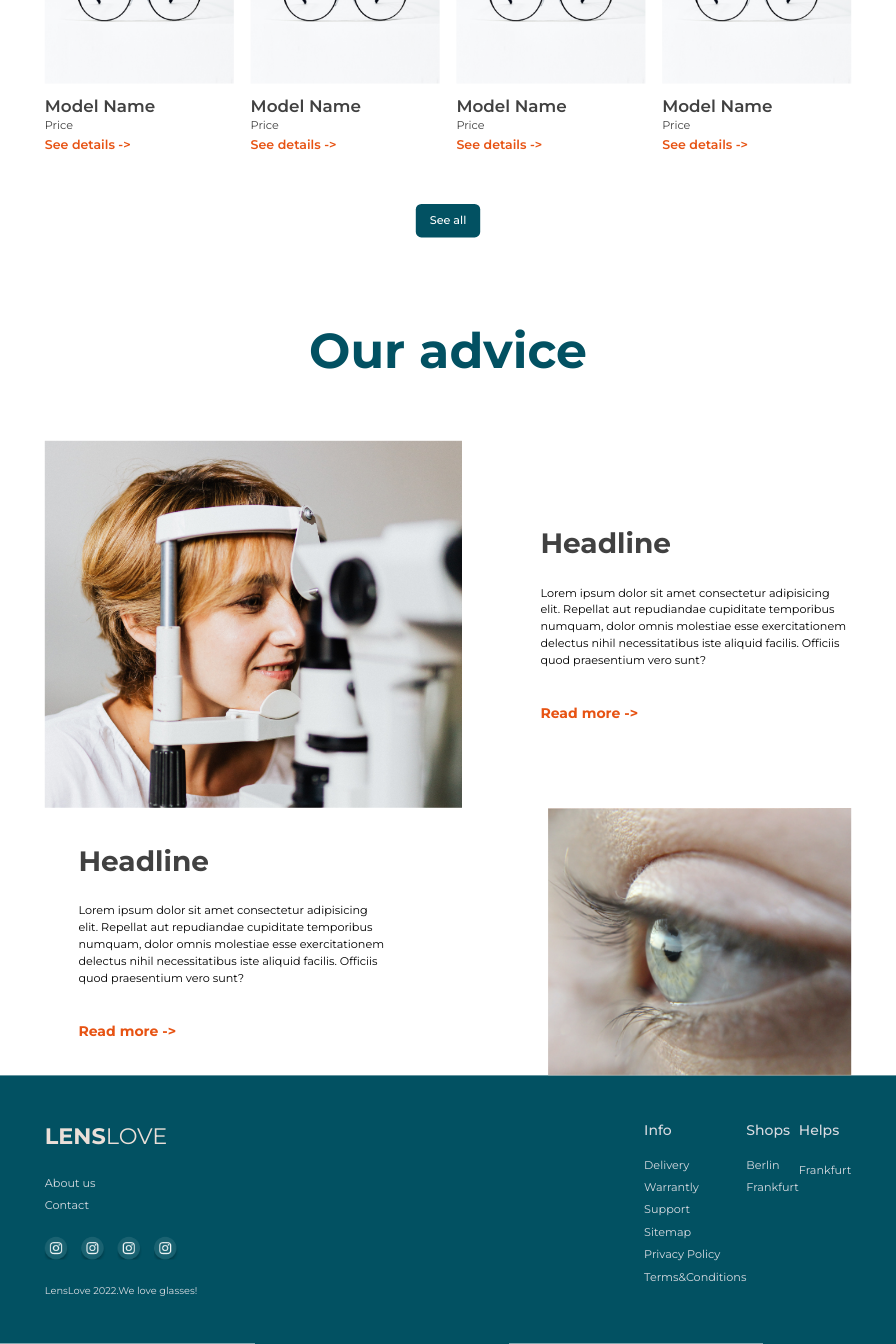
Repository: thienthanhvinh/glasses-react
Page: /
An editor plug-in stored every save of this project. The page is shown before and after a run of saves, followed by the edit.
The browser window is 1280 px wide. The pictures show the part of the page from y = 3725 to 5645 px (the page is 5645 px tall), at 70% of full size.
The project was rebuilt for these pictures with package versions that can differ from the ones it lists, and the page was loaded fresh each time. Also part of the build but not shown: src/App.css, src/components/common/FormGroup.js, src/components/input/Input.js, src/components/label/Label.js, src/hooks/useDarkMode.js, src/layout/LayoutAuthentication.js, src/components/icons/IconEyeToggle.js, src/pages/SignInPage.js and 1 more.

Above is the page before, as saved 2023-02-13 10:30:36.

### public/index.html
<!DOCTYPE html>
<html lang="en">
  <head>
    <meta charset="utf-8" />
    <link rel="icon" href="%PUBLIC_URL%/favicon.ico" />
    <meta name="viewport" content="width=device-width, initial-scale=1" />
    <meta name="theme-color" content="#000000" />
    <meta
      name="description"
      content="Web site created using create-react-app"
    />
    <link rel="apple-touch-icon" href="%PUBLIC_URL%/logo192.png" />
    <!--
      manifest.json provides metadata used when your web app is installed on a
      user's mobile device or desktop. See https://developers.google.com/web/fundamentals/web-app-manifest/
    -->
    <link rel="manifest" href="%PUBLIC_URL%/manifest.json" />
    <!--
      Notice the use of %PUBLIC_URL% in the tags above.
      It will be replaced with the URL of the `public` folder during the build.
      Only files inside the `public` folder can be referenced from the HTML.

      Unlike "/favicon.ico" or "favicon.ico", "%PUBLIC_URL%/favicon.ico" will
      work correctly both with client-side routing and a non-root public URL.
      Learn how to configure a non-root public URL by running `npm run build`.
    -->
    <link href="https://fonts.googleapis.com/css2?family=Montserrat:wght@300;400;500;600;700&display=swap" rel="stylesheet">
    <title>React App</title>
  </head>
  <body>
    <noscript>You need to enable JavaScript to run this app.</noscript>
    <div id="root"></div>
    <!--
      This HTML file is a template.
      If you open it directly in the browser, you will see an empty page.

      You can add webfonts, meta tags, or analytics to this file.
      The build step will place the bundled scripts into the <body> tag.

      To begin the development, run `npm start` or `yarn start`.
      To create a production bundle, use `npm run build` or `yarn build`.
    -->
  </body>
</html>

### src/index.js
import React from 'react';
import ReactDOM from 'react-dom/client';
import './index.css';
import App from './App';
import reportWebVitals from './reportWebVitals';
import { BrowserRouter } from 'react-router-dom';
import { ToastContainer, toast } from 'react-toastify';
import 'react-toastify/dist/ReactToastify.css';

const root = ReactDOM.createRoot(document.getElementById('root'));
root.render(
  // <React.StrictMode>
  <BrowserRouter>
    <App />
    <ToastContainer></ToastContainer>
  </BrowserRouter>
  // </React.StrictMode>
);

// If you want to start measuring performance in your app, pass a function
// to log results (for example: reportWebVitals(console.log))
// or send to an analytics endpoint. Learn more: https://bit.ly/CRA-vitals
reportWebVitals();

### src/index.css
/* body {
  margin: 0;
  font-family: -apple-system, BlinkMacSystemFont, 'Segoe UI', 'Roboto', 'Oxygen',
    'Ubuntu', 'Cantarell', 'Fira Sans', 'Droid Sans', 'Helvetica Neue',
    sans-serif;
  -webkit-font-smoothing: antialiased;
  -moz-osx-font-smoothing: grayscale;
}

code {
  font-family: source-code-pro, Menlo, Monaco, Consolas, 'Courier New',
    monospace;
} */

@tailwind base;
@tailwind components;
@tailwind utilities;

body {
  font-family: 'Montserrat', sans-serif;
}
/* .darkmode-input:checked + div .darkmode-spinner {
  transform: translateX(33px);
} */
.active-light {
  transform: translateX(0px);
  transition: all 0.4s;
}
.active-dark {
  transform: translateX(33px);
  transition: all 0.4s;
}

/* .darkmode-input:checked + div {


} */

/* .darkmode-input:checked + div .darkmode-spinner {
  background-color: white;
} */

### src/App.js

import { Route, Routes } from 'react-router-dom';
import './App.css';
import HomePage from './pages/HomePage';
import SignInPage from './pages/SignInPage';
import SignUpPage from './pages/SignUpPage';

function App() {
  return (
    <Routes>
      <Route path='/sign-up' element={<SignUpPage></SignUpPage>}></Route>
      <Route path='/sign-in' element={<SignInPage></SignInPage>}></Route>
      <Route path='/' element={<HomePage></HomePage>}></Route>
    </Routes>
  );
}

export default App;

### src/pages/HomePage.js
import React, { Fragment } from "react";
import Category from "../components/category/Category";
import Heading from "../components/common/Heading";
import Intro from "../components/intro/Intro";
import SpringSales from "../components/sales/SpringSales";
import LayoutMenu from "../layout/LayoutMenu";
import GlassesGrid from "../modules/GlassesGrid";
import GlassesItem from "../modules/GlassesItem";
import { v4 } from "uuid";
import Button from "../components/button/Button";
import HeadLine from "../modules/HeadLine";
import LayoutFooter from "../layout/LayoutFooter";

const HomePage = () => {
  return (
    <Fragment>
      <LayoutMenu></LayoutMenu>
      <SpringSales></SpringSales>
      <Intro></Intro>
      <Category></Category>
      <Heading>Popular</Heading>
      <GlassesGrid>
        {Array(4)
          .fill(0)
          .map((item) => (
            <GlassesItem key={v4()}></GlassesItem>
          ))}
        {/* <GlassesItem></GlassesItem> */}
      </GlassesGrid>
      <div className="text-center mb-[140px]">
        <Button className="mt-[70px] px-5 py-2 rounded-[4px]">See all</Button>
      </div>
      <Heading>New</Heading>
      <GlassesGrid>
        {Array(4)
          .fill(0)
          .map((item) => (
            <GlassesItem key={v4()}></GlassesItem>
          ))}
      </GlassesGrid>
      <div className="text-center mb-[140px]">
        <Button className="mt-[70px] px-5 py-2 rounded-[4px]">See all</Button>
      </div>
      <Heading>Sunwear</Heading>
      <GlassesGrid>
        {Array(4)
          .fill(0)
          .map((item) => (
            <GlassesItem key={v4()}></GlassesItem>
          ))}
      </GlassesGrid>
      <div className="text-center mb-[112px]">
        <Button className="mt-[70px] px-5 py-2 rounded-[4px]">See all</Button>
      </div>
      <Heading className="mb-[80px]">Our advice</Heading>
      <HeadLine></HeadLine>
      <HeadLine type="secondary"></HeadLine>
      <LayoutFooter></LayoutFooter>
    </Fragment>
  );
};

export default HomePage;

### src/components/category/Category.js
import React from 'react';
import Button from '../button/Button';

const Category = () => {
    return (
        <div className='flex mb-[112px] mx-auto max-w-[1400px] w-full gap-x-2'>
            <div className='h-[596px] relative'>
                <img src="/category1.png" alt="" className='w-full h-full object-cover' />
                <div className='absolute bottom-24 left-14'>
                    <p className='font-extrabold text-[40px] leading-[98px] text-white'>Optical</p>
                    <Button className='bg-secondary text-primary rounded-[4px] px-6 py-2 font-bold text-lg leading-[30px]'>Buy</Button>
                </div>
            </div>
            <div className='h-[596px] relative'>
                <img src="/category2.png" alt="" className='w-full h-full object-cover' />
                <div className='absolute bottom-24 left-14'>
                    <p className='font-extrabold text-[40px] leading-[98px] text-white'>Sunwear</p>
                    <Button className='bg-secondary text-primary rounded-[4px] px-6 py-2 font-bold text-lg leading-[30px]'>Buy</Button>
                </div>
            </div>
        </div>
    );
};

export default Category;

### src/components/common/Heading.js
import React from 'react';

const Heading = ({children, className = ''}) => {
    return (
        <h2 className={`font-extrabold text-[70px] leading-[98px] text-center text-primary mb-[70px] ${className}`}>
            {children}
        </h2>
    );
};
export default Heading;

### src/components/intro/Intro.js
import React from 'react';

const Intro = () => {
    return (
        <div className='flex items-center justify-center gap-x-[300px] mt-[64px] mb-[110px]'>
            <div className='flex flex-col items-center'>
                <img srcSet="/Icon1.png 2x" alt="" className='w-[80px] h-[80px] object-cover' />
                <p className='text-tertiary text-xl leading-[30px] font-bold'>Original products</p>
            </div>
            <div className='flex flex-col items-center'>
                <img srcSet="/Icon2.png 2x" alt="" className='w-[80px] h-[80px] object-cover' />
                <p className='text-tertiary text-xl leading-[30px] font-bold'>Original products</p>
            </div>
            <div className='flex flex-col items-center'>
                <img srcSet="/Icon3.png 2x" alt="" className='w-[80px] h-[80px] object-cover' />
                <p className='text-tertiary text-xl leading-[30px] font-bold'>Original products</p>
            </div>
        </div>
    );
};

export default Intro;

### src/components/sales/SpringSales.js
import React from 'react';
import Button from '../button/Button';

const SpringSales = () => {
    return (
        <div className='bg-secondary h-[700px] w-full flex items-center justify-between'>
            <div className='ml-[112px]'>
                <h2 className='text-primary text-[70px] font-extrabold leading-[98px]'>Spring Sale</h2>
                <p className='text-primary text-[50px] font-medium leading-[68px] mb-[48px]'>Up to -40%</p>
                <Button className='text-white bg-primary rounded-lg px-8 py-2 text-lg'>See offer</Button>
            </div>
            <div className='h-[700px]'>
                <img src="/photo1.png" alt="" className='w-full h-auto object-cover' />
            </div>
        </div>
    );
};

export default SpringSales;

### src/layout/LayoutMenu.js
import React from "react";
import { Link } from "react-router-dom";
import Navbar from "../components/navbar/Navbar";

const LayoutMenu = () => {
  return (
    <div className="py-10 px-16">
      <div className="flex items-center justify-between mb-14">
        <img src="/logo.png" alt="" className="w-[140px] h-auto object-cover" />
        <div className="flex gap-x-5 text-secondary-3 text-[15px] font-medium">
            <span>0371 525 777</span>
            <Link to="/">Help</Link>
            <Link to="/sign-in">Account</Link>
        </div>
      </div>
      <Navbar></Navbar>
    </div>
  );
};

export default LayoutMenu;

### src/modules/GlassesGrid.js
import React from 'react';

const GlassesGrid = ({children, className = ''}) => {
    return (
        <div className={`grid grid-cols-4 gap-x-6 px-16 ${className}`}>
            {children}
        </div>
    );
};

export default GlassesGrid;

### src/modules/GlassesItem.js
import React from "react";

const GlassesItem = () => {
  return (
    <div className="flex flex-col">
      <div className="h-[250px] mb-4">
        <img src="/glasses.png" alt="" className="w-full h-full object-cover" />
      </div>
      <p className="text-secondary-3 font-semibold text-2xl">Model Name</p>
      <p className="font-normal text-secondary-3">Price</p>
      <p className="font-semibold text-lg leading-[30px] text-tertiary">
        See details ->
      </p>
    </div>
  );
};

export default GlassesItem;

### src/components/button/Button.js
import React from 'react';

const Button = ({type, children, className=''}) => {
    return (
        <button type='submit' className={`bg-primary text-white ${className} rounded-lg px-3 py-3 font-medium`}>
            {children}
        </button>
    );
};

export default Button;

### src/modules/HeadLine.js
import React from "react";
import HeadlineImage from "./HeadlineImage";
import HeadlineContent from "./HeadlineContent";

const HeadLine = ({type = "default"}) => {
    if(type === "default") {
        return (
            <div className="w-full flex items-center gap-x-[112px] px-16">
              <HeadlineImage></HeadlineImage>
              <HeadlineContent></HeadlineContent>
            </div>
          );
    } else {
        return (
            <div className="w-full flex items-center gap-x-[227px] px-16">
              <HeadlineContent className="ml-[48px]"></HeadlineContent>
              <HeadlineImage src="headline2.png" className=""></HeadlineImage>
            </div>
          );
    }

};

export default HeadLine;

### src/layout/LayoutFooter.js
import React from "react";
import { Link } from "react-router-dom";

const LayoutFooter = () => {
  return (
    <div className="bg-primary flex justify-between px-16 py-16 text-gray-white">
      <div className="flex flex-col">
        <h2 className="text-secondary font-extrabold text-[32px] leading-[46px] mb-8">
          LENS<span className="font-normal">LOVE</span>
        </h2>
        <Link to="/about" className="mb-2">
          About us
        </Link>
        <Link to="contact" className="mb-8">
          Contact
        </Link>
        <div className="flex gap-x-4 mb-8">
          <span>
            <img src="/Instagram.png" alt="" />
          </span>
          <span>
            <img src="/Instagram.png" alt="" />
          </span>
          <span>
            <img src="/Instagram.png" alt="" />
          </span>
          <span>
            <img src="/Instagram.png" alt="" />
          </span>
        </div>
        <p className="text-[14px] leading-[24px]">
          LensLove 2022.We love glasses!
        </p>
      </div>
      <div className="flex">
        <div>
          <h3 className="font-medium text-xl mb-6">Info</h3>
          <div className="flex flex-col gap-y-2">
            <p>Delivery</p>
            <p>Warrantly</p>
            <p>Support</p>
            <p>Sitemap</p>
            <p>Privacy Policy</p>
            <p>Terms&Conditions</p>
          </div>
        </div>
        <div>
          <h3 className="font-medium text-xl mb-6">Shops</h3>
          <div className="flex flex-col gap-y-2">
            <p>Berlin</p>
            <p>Frankfurt</p>
          </div>
        </div>
        <div>
          <h3 className="font-medium text-xl mb-6">Helps</h3>
          <div className="flex flex-col gap-y-2">
            <p></p>
            <p>Frankfurt</p>
          </div>
        </div>
      </div>
    </div>
  );
};

export default LayoutFooter;

### src/components/navbar/Navbar.js
import React from "react";
import { Link } from "react-router-dom";

const Navbar = () => {
  return (
    <div className="flex">
      <ul className="flex text-sm font-semibold gap-x-8">
        <li>
          <Link to="/">Shops</Link>
        </li>
        <li>
          <Link to="/">Offers</Link>
        </li>
        <li>
          <Link to="/">Warranty</Link>
        </li>
        <li>
          <Link to="/">Medical</Link>
        </li>
        <li>
          <Link to="/">Info</Link>
        </li>
        <li>
          <Link to="/">Blog</Link>
        </li>
        <li>
          <Link to="/">About us</Link>
        </li>
        <li>
          <Link to="/">Contact</Link>
        </li>
      </ul>
      <div className="ml-auto flex items-center gap-x-8">
        <div className="flex gap-x-[6px] items-center">
          <svg
            width={18}
            height={17}
            viewBox="0 0 18 17"
            fill="none"
            xmlns="http://www.w3.org/2000/svg"
          >
            <path
              d="M17.153 15.747L12.8535 11.5161C13.9794 10.2929 14.6712 8.67509 14.6712 6.89489C14.6707 3.0867 11.534 0 7.66437 0C3.79477 0 0.658081 3.0867 0.658081 6.89489C0.658081 10.7031 3.79477 13.7898 7.66437 13.7898C9.3363 13.7898 10.8698 13.2115 12.0743 12.2501L16.3905 16.4976C16.6008 16.7047 16.9422 16.7047 17.1525 16.4976C17.3633 16.2904 17.3633 15.9541 17.153 15.747ZM7.66437 12.729C4.39027 12.729 1.7361 10.117 1.7361 6.89489C1.7361 3.67281 4.39027 1.06082 7.66437 1.06082C10.9385 1.06082 13.5926 3.67281 13.5926 6.89489C13.5926 10.117 10.9385 12.729 7.66437 12.729Z"
              fill="#414141"
            />
          </svg>
          <span className="text-sm font-semibold">Search</span>
        </div>
        <span>
          <svg
            width="19"
            height="17"
            viewBox="0 0 19 17"
            fill="none"
            xmlns="http://www.w3.org/2000/svg"
          >
            <path
              d="M2.14414 8.80841C0.111678 6.47788 0.614575 3.72661 2.23686 2.03652C3.85628 0.349414 6.5587 -0.245866 8.98238 1.79479L8.98243 1.79483C9.37299 2.12358 9.93842 2.1081 10.3148 1.781L10.3148 1.78097C12.5442 -0.15713 15.2905 0.329246 16.9821 1.956C17.8273 2.76872 18.3905 3.85299 18.4856 5.03784C18.5799 6.21232 18.2175 7.5254 17.1436 8.81679L10.2601 16.0112C9.92623 16.3602 9.36908 16.3602 9.03526 16.0113L2.14414 8.80841Z"
              stroke="#414141"
            />
          </svg>
        </span>
        <span>
          <svg
            width="17"
            height="18"
            viewBox="0 0 17 18"
            fill="none"
            xmlns="http://www.w3.org/2000/svg"
          >
            <path
              d="M0.672966 15.0244L1.47201 5.03632H10.653L11.452 15.0244C11.5228 15.9093 10.8238 16.6665 9.93602 16.6665H2.18895C1.30121 16.6665 0.602173 15.9093 0.672966 15.0244Z"
              stroke="#414141"
              stroke-linecap="round"
              stroke-linejoin="round"
            />
            <path
              d="M3.58252 7.56769V3.52604C3.58252 2.68402 4.08773 1 6.10856 1C8.12938 1 8.63459 2.68402 8.63459 3.52604V7.56769"
              stroke="#414141"
              stroke-linecap="round"
              stroke-linejoin="round"
            />
            <rect x="6" y="9" width="11" height="8" rx="4" fill="#414141" />
            <path
              d="M11.8424 15.084C11.5568 15.084 11.3048 15.0233 11.0864 14.902C10.868 14.7788 10.6972 14.608 10.574 14.3896C10.4527 14.1712 10.392 13.9192 10.392 13.6336V12.3344C10.392 12.0488 10.4527 11.7968 10.574 11.5784C10.6972 11.36 10.868 11.1901 11.0864 11.0688C11.3048 10.9456 11.5568 10.884 11.8424 10.884C12.128 10.884 12.3791 10.9456 12.5956 11.0688C12.814 11.1901 12.9848 11.36 13.108 11.5784C13.2312 11.7968 13.2928 12.0488 13.2928 12.3344V13.6336C13.2928 13.9192 13.2312 14.1712 13.108 14.3896C12.9848 14.608 12.814 14.7788 12.5956 14.902C12.3791 15.0233 12.128 15.084 11.8424 15.084ZM11.8424 14.4428C11.9843 14.4428 12.1131 14.4092 12.2288 14.342C12.3445 14.2729 12.436 14.1815 12.5032 14.0676C12.5704 13.9519 12.604 13.8231 12.604 13.6812V12.284C12.604 12.1403 12.5704 12.0115 12.5032 11.8976C12.436 11.7819 12.3445 11.6904 12.2288 11.6232C12.1131 11.5541 11.9843 11.5196 11.8424 11.5196C11.7005 11.5196 11.5717 11.5541 11.456 11.6232C11.3403 11.6904 11.2488 11.7819 11.1816 11.8976C11.1144 12.0115 11.0808 12.1403 11.0808 12.284V13.6812C11.0808 13.8231 11.1144 13.9519 11.1816 14.0676C11.2488 14.1815 11.3403 14.2729 11.456 14.342C11.5717 14.4092 11.7005 14.4428 11.8424 14.4428Z"
              fill="white"
            />
          </svg>
        </span>
      </div>
    </div>
  );
};

export default Navbar;

### src/modules/HeadlineImage.js
import React from 'react';

const HeadlineImage = ({className= '', src = "/headline1.png"}) => {
    return (
        <div className={className}>
             <img src={src} alt="" />
        </div>
    );
};

export default HeadlineImage;

### src/modules/HeadlineContent.js
import React from "react";

const HeadlineContent = ({className = ''}) => {
  return (
    <div className={className}>
      <h2 className="text-secondary-3 font-extrabold text-[40px] leading-[54px] mb-8">
        Headline
      </h2>
      <p className="w-[444px] mb-[48px]">
        Lorem ipsum dolor sit amet consectetur adipisicing elit. Repellat aut
        repudiandae cupiditate temporibus numquam, dolor omnis molestiae esse
        exercitationem delectus nihil necessitatibus iste aliquid facilis.
        Officiis quod praesentium vero sunt?
      </p>
      <p className="text-tertiary text-xl font-bold leading-[30px]">
        Read more ->
      </p>
    </div>
  );
};

export default HeadlineContent;

### tailwind.config.js
/** @type {import('tailwindcss').Config} */
module.exports = {
  content: [
    "./src/**/*.{js,jsx,ts,tsx}",
  ],
  darkMode: 'class',
  theme: {
    extend: {
      colors: {
        'color-1': "#808191",
        'color-2': "#2d3436",
        'primary' : '#025162',
        'secondary': '#EADFD8',
        'secondary-3': '#414141',
        'tertiary' : '#E75313',
        'lens': '#D4E1F4',
        'gray-white': '#D9DBE1',
        'dark-text-primary': '#dfe6e9',
        'dark-color' : '#4e4f50',
        'dark-secon-color': '#2d3436',
        'dark-third-color': '#3a3a3a',
        'dark-four-color' : '#242526',
        'dark-five-color' : '#3A3A3A',

      }
    },
  },
  plugins: [],
}

Loaded but not shown: src/reportWebVitals.js (common file)

After the next 4 saves:
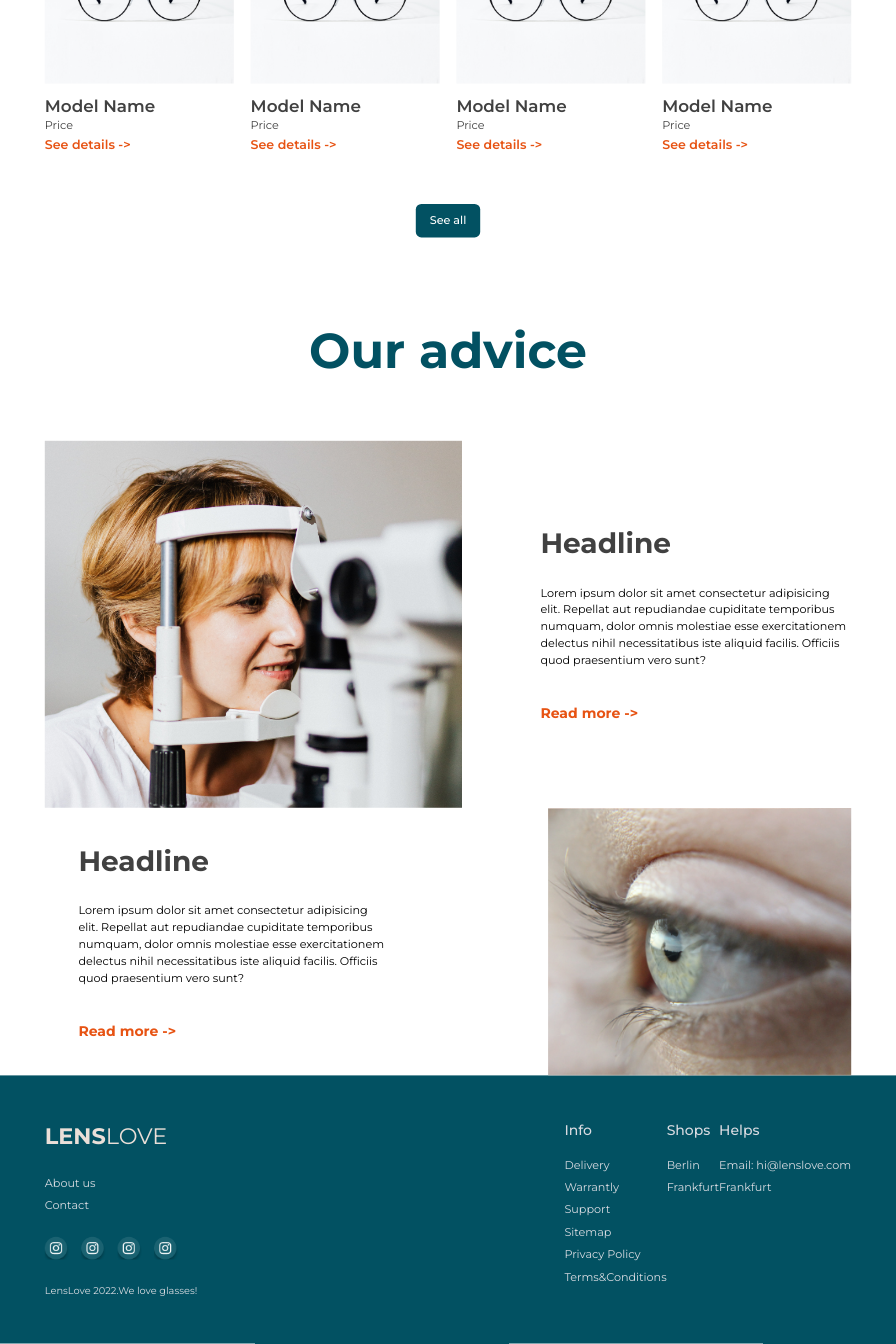
The 4 saves are shown as one change because they came seconds apart.
The last was saved 12 s later.
--- a/src/layout/LayoutFooter.js
+++ b/src/layout/LayoutFooter.js
@@ -54,7 +54,7 @@ const LayoutFooter = () => {
         <div>
           <h3 className="font-medium text-xl mb-6">Helps</h3>
           <div className="flex flex-col gap-y-2">
-            <p></p>
+            <p>Email: hi@lenslove.com</p>
             <p>Frankfurt</p>
           </div>
         </div>
